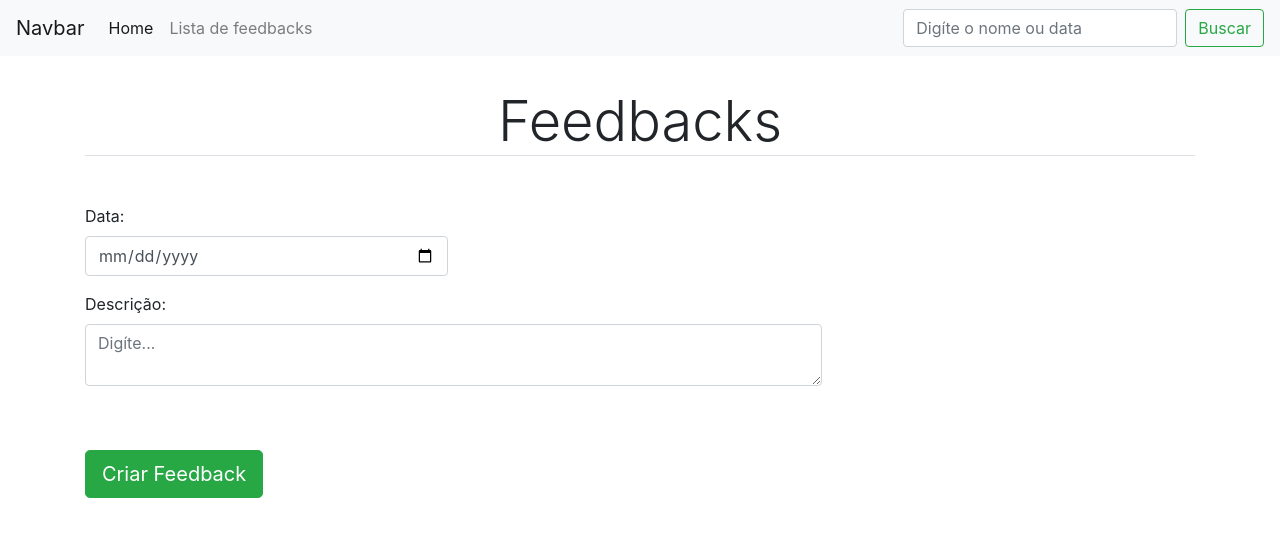
Repository: JulioSantooz/maisViagensSegundaVersao
Page: java-web(eclipse)/java-crud-mais-viagens/src/main/webapp/descricao.html
These files come from the project's save history. The page is drawn as it stood at one moment and after the next save; the edit follows.
The browser window is 1280 px wide. The pictures show the whole page.
Some web libraries are served in a nearby version.

Above is the page before, as saved 2022-02-06 15:20:06.

### java-web(eclipse)/java-crud-mais-viagens/src/main/webapp/descricao.html
<!DOCTYPE html>
<html>
<head>
<meta charset="ISO-8859-1">
<link rel="stylesheet" href="https://maxcdn.bootstrapcdn.com/bootstrap/4.0.0/css/bootstrap.css">
<title>+Viagens - Feedbacks</title>
</head>
<body>

<nav class="navbar navbar-expand-lg navbar-light bg-light">
  <a class="navbar-brand" href="#">Navbar</a>
  <button class="navbar-toggler" type="button" data-toggle="collapse" data-target="#navbarSupportedContent" aria-controls="navbarSupportedContent" aria-expanded="false" aria-label="Toggle navigation">
    <span class="navbar-toggler-icon"></span>
  </button>

  <div class="collapse navbar-collapse" id="navbarSupportedContent">
    <ul class="navbar-nav mr-auto">
      <li class="nav-item active">
        <a class="nav-link" href="index.html">Home <span class="sr-only">(current)</span></a>
      </li>
      <li class="nav-item">
        <a class="nav-link" href="#">Lista de feedbacks</a>
      </li>
    </ul>
    <form class="form-inline my-2 my-lg-0">
      <input name="pesquisa" class="form-control mr-sm-2" type="search" placeholder="Digíte o nome ou data" aria-label="Search">
      <button class="btn btn-outline-success my-2 my-sm-0" type="submit">Buscar</button>
    </form>
  </div>
</nav>

<main class="container text-center mt-3">
	<div class="row">
		<div class="col-12">
			<h1 class="display-4 my-3 border-bottom">Feedbacks</h1>
			<form action="CreateAndFind" method="POST">
                <div class="form-row mt-5 d-flex flex-column">
                    <div class="form-group col-4">
                        <label for="" class="float-left">Data:</label>
                        <input type="date" class="form-control" id="">
                    </div>
                    <div class="form-group col-8">
                        <label for="" class="float-left">Descrição:</label>
                        <textarea class="form-control" id="" placeholder="Digíte..."></textarea>
                    </div>
                </div>
                <button type="submit" class="btn btn-lg btn-success my-5 float-left">Criar Feedback</button>
            </form>
		</div>
	</div>
</main>


<script src="https://code.jquery.com/jquery-3.2.1.slim.min.js"></script>
<script src="https://cdnjs.cloudflare.com/ajax/libs/popper.js/1.12.9/umd/popper.min.js"></script>
<script src="https://maxcdn.bootstrapcdn.com/bootstrap/4.0.0/js/bootstrap.js"></script>

</body>
</html>

After the next save:
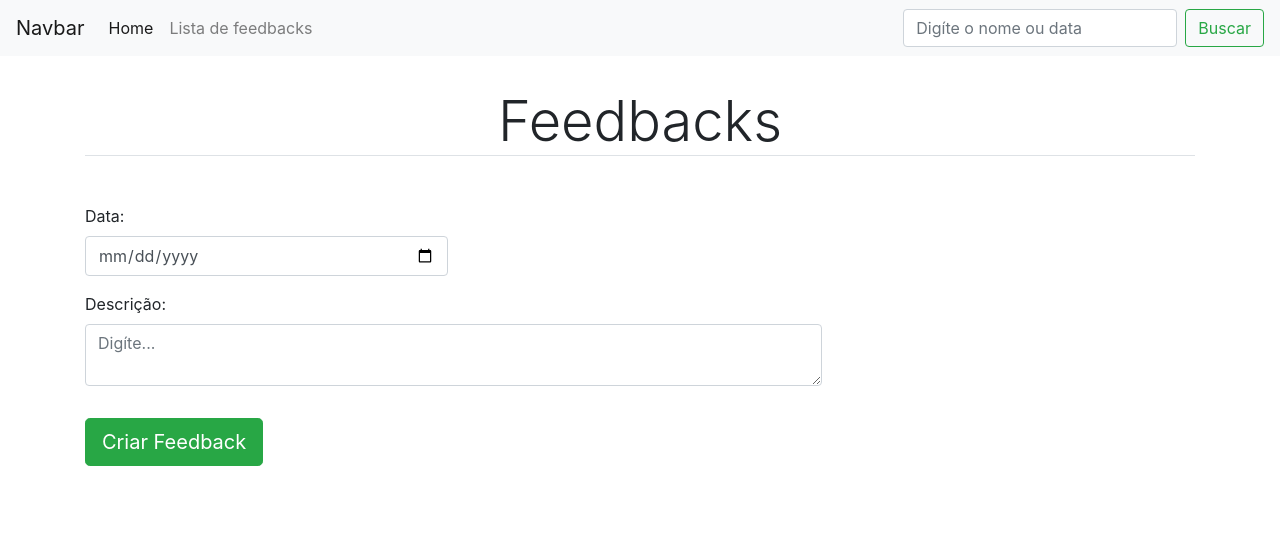
Saved 16 s later.
--- a/java-web(eclipse)/java-crud-mais-viagens/src/main/webapp/descricao.html
+++ b/java-web(eclipse)/java-crud-mais-viagens/src/main/webapp/descricao.html
@@ -44,7 +44,7 @@
                         <textarea class="form-control" id="" placeholder="Digíte..."></textarea>
                     </div>
                 </div>
-                <button type="submit" class="btn btn-lg btn-success my-5 float-left">Criar Feedback</button>
+                <button type="submit" class="btn btn-lg btn-success my-3 float-left">Criar Feedback</button>
             </form>
 		</div>
 	</div>
